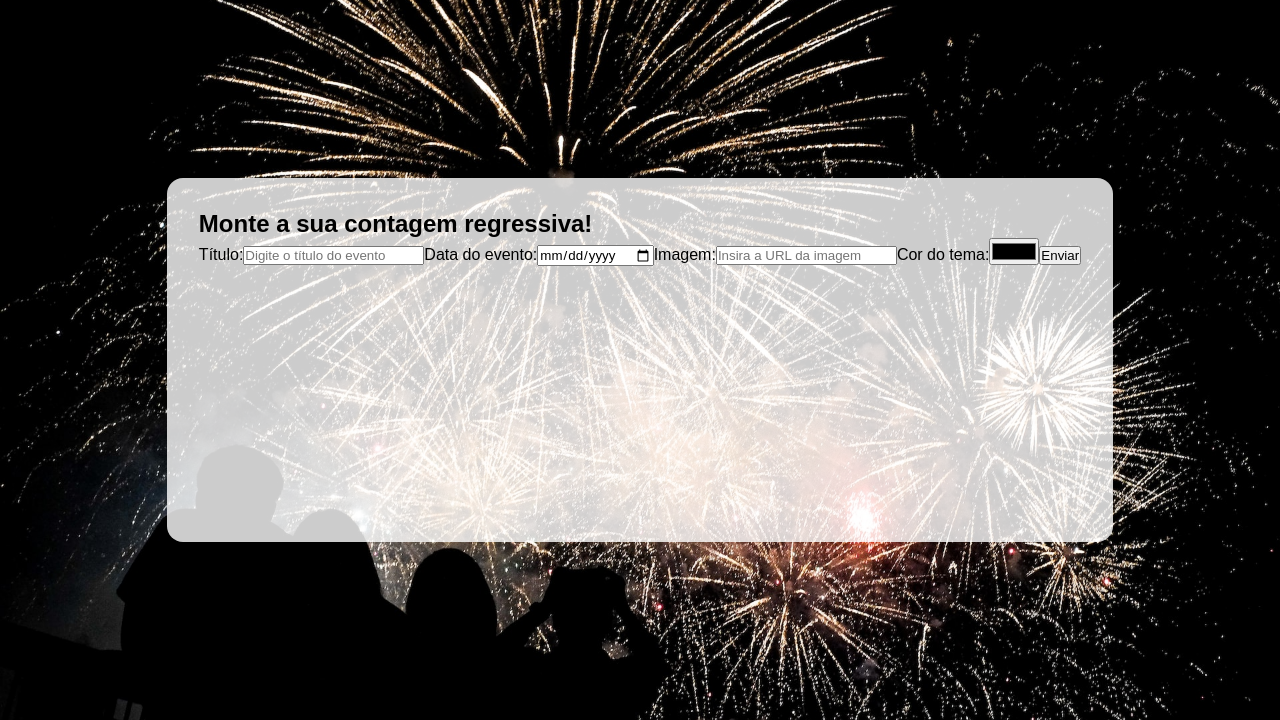
Repository: Bitroia/countdown_timer
Page: / (app in countdown/)
These files come from the project's save history. The page is drawn as it stood at one moment and after the next save; the edit follows.
The browser window is 1280 px wide. The pictures show the whole page.
The project was rebuilt for these pictures with package versions that can differ from the ones it lists, and the page was loaded fresh each time. Also part of the build but not shown: countdown/vite.config.js, countdown/src/components/Title.css, countdown/src/components/Title.jsx, countdown/src/components/Counter.css, countdown/src/components/Counter.jsx, countdown/src/routes/Countdown.jsx.

Above is the page before, as saved 2026-07-07 20:10:25.

### countdown/index.html
<!doctype html>
<html lang="en">
  <head>
    <meta charset="UTF-8" />
    <link rel="icon" type="image/svg+xml" href="/favicon.svg" />
    <meta name="viewport" content="width=device-width, initial-scale=1.0" />
    <title>countdown</title>
  </head>
  <body>
    <div id="root"></div>
    <script type="module" src="/src/main.jsx"></script>
  </body>
</html>

### countdown/src/main.jsx
import { StrictMode } from "react";
import { createRoot } from "react-dom/client";
import "./index.css";
import App from "./App.jsx";

import { createBrowserRouter, RouterProvider } from "react-router-dom";

//!Pages

import Home from "./routes/Home.jsx";
import Countdown from "./routes/Countdown.jsx";

const router = createBrowserRouter([
  {
    path: "/",
    element: <App />,
    children: [
      {
        path: "/",
        element: <Home />,
      },
      {
        path: "/countdown",
        element: <Countdown />,
      },
    ],
  },
]);

createRoot(document.getElementById("root")).render(
  <StrictMode>
    <RouterProvider router={router} />
  </StrictMode>,
);

### countdown/src/index.css
* {
  margin: 0;
  padding: 0;
  font-family: Arial, Helvetica, sans-serif;

}

body {
  min-height: 100vh;
}

### countdown/src/App.jsx
import "./App.css";
import NewYear from "./assets/newyear.jpg";
import useCountdown from "./hooks/useCountdown";
import { Outlet } from "react-router-dom";

function App() {

  return (
    <div className="app" style={{ backgroundImage: `url(${NewYear})` }}>
      <div className="container">
        <Outlet/>
        </div>

      </div>
  );
}

export default App;

### countdown/src/routes/Home.jsx
import React from "react";
import "./Home.css";

const Home = () => {
  return (
    <div className="Home">
      <h2>Monte a sua contagem regressiva!</h2>
      <form className="countdown-form">
        <label>
          <span>Título:</span>
          <input
            type="text"
            name="title"
            placeholder="Digite o título do evento"
          />
        </label>

        <label>
          <span>Data do evento:</span>
          <input type="date" name="date" />
        </label>
        <label>
          <span>Imagem:</span>
          <input
            type="text"
            name="image"
            placeholder="Insira a URL da imagem"
          />
        </label>
        <label>
          <span>Cor do tema:</span>
          <input type="color" name="color" />
        </label>
        <input type="submit" value="Enviar" />
      </form>
    </div>
  );
};

export default Home;

### countdown/src/App.css
.app {
  min-height: 100vh;
  background-size: cover;
  background-position: center;
  display: flex;
  justify-content: center;
  align-items: center;
}

.container {
  min-width: 50%;
  min-height: 300px;
  background-color: rgba(255, 255, 255, 0.8);
  padding: 2rem;
  border-radius: 1rem;
}

.countdown-container {
  display: flex;
  justify-content: center;
  align-items: center;
  height: 200px;
  gap: 2rem;
}

### countdown/src/hooks/useCountdown.jsx
import { useState } from "react";

const useCountdown = (date) => {
  const [day, setDay] = useState();
  const [hour, setHour] = useState();
  const [minute, setMinute] = useState();
  const [second, setSecond] = useState();

  const countdown = () => {

    const countDate = new Date(date).getTime();
    const now = new Date().getTime();
    const interval = countDate - now;

    const second = 1000;
    const minute = second * 60;
    const hour = minute * 60;
    const day = hour * 24;

    const dayNumber = Math.floor(interval / day);
    const hourNumber = Math.floor((interval % day) / hour);
    const minuteNumber = Math.floor((interval % hour) / minute);
    const secondNumber = Math.floor((interval % minute) / second);

    setDay(dayNumber);
    setHour(hourNumber);
    setMinute(minuteNumber);
    setSecond(secondNumber);
  };

  setInterval(countdown, 1000);
  return [day,hour,minute,second];
};

export default useCountdown;

### countdown/src/routes/Home.css
.home h2{
    text-align: center;
    font-size: 1.6rem;
    margin-bottom: 1rem
}

After the next save:
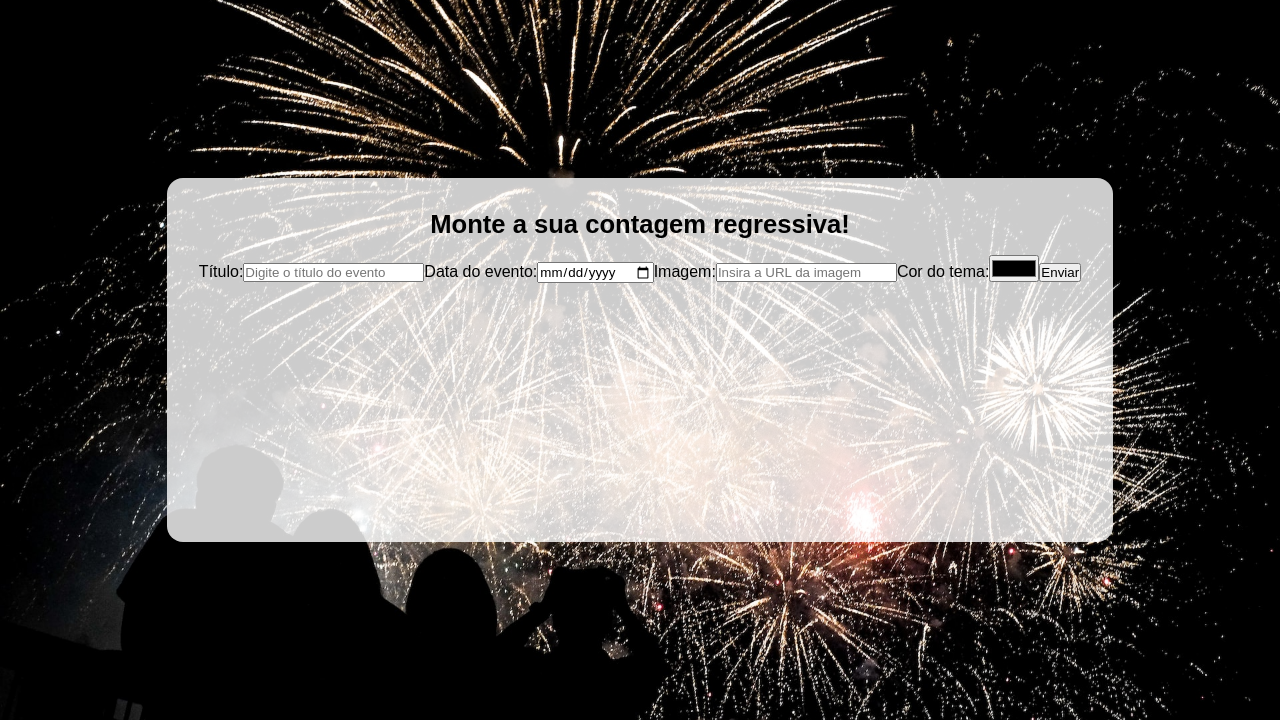
Saved 38 s later.
--- a/countdown/src/routes/Home.jsx
+++ b/countdown/src/routes/Home.jsx
@@ -3,7 +3,7 @@ import "./Home.css";
 
 const Home = () => {
   return (
-    <div className="Home">
+    <div className="home">
       <h2>Monte a sua contagem regressiva!</h2>
       <form className="countdown-form">
         <label>
